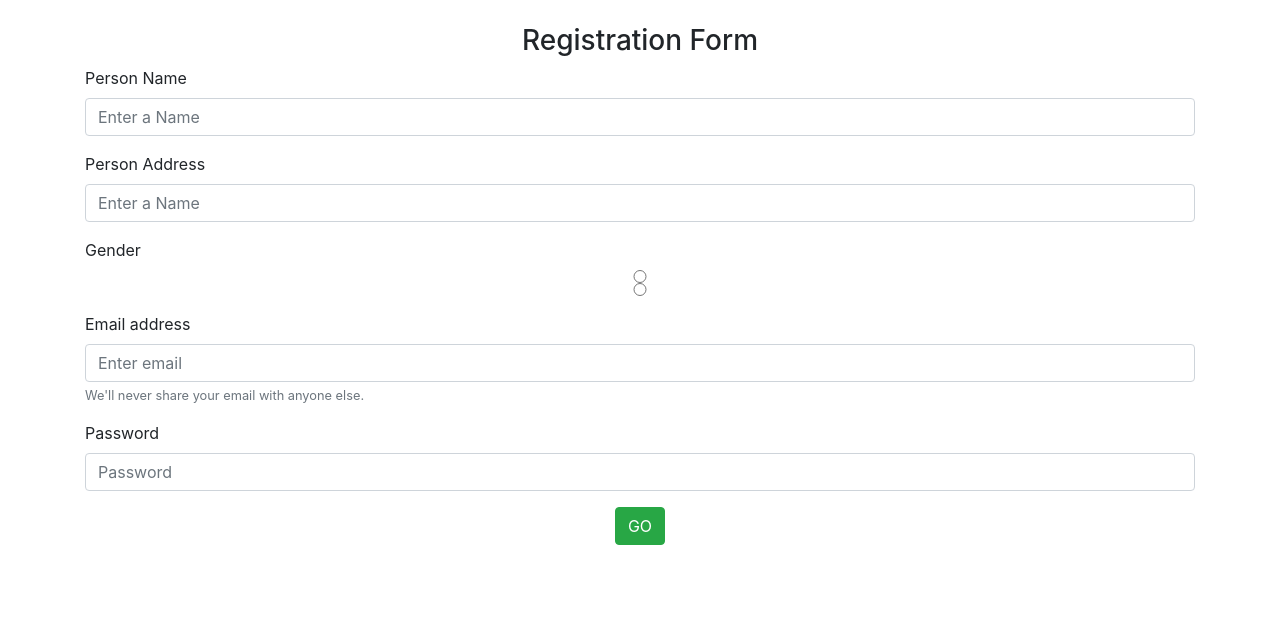
Repository: vijay10091999/Advance-java
Page: http://localhost/SpringMVC/WEB-INF/views/RegisterPage.jsp
These files come from the project's save history. The page is drawn as it stood at one moment and after the next save; the edit follows.
The browser window is 1280 px wide. The pictures show the whole page.
Some web libraries are served in a nearby version. The page is served by Tomcat 9. Nobody is signed in. The template is opened directly, without the code that normally fills it, so the values that code supplies are empty.

Above is the page before, as saved 2022-06-13 09:40:04.

After the next save:
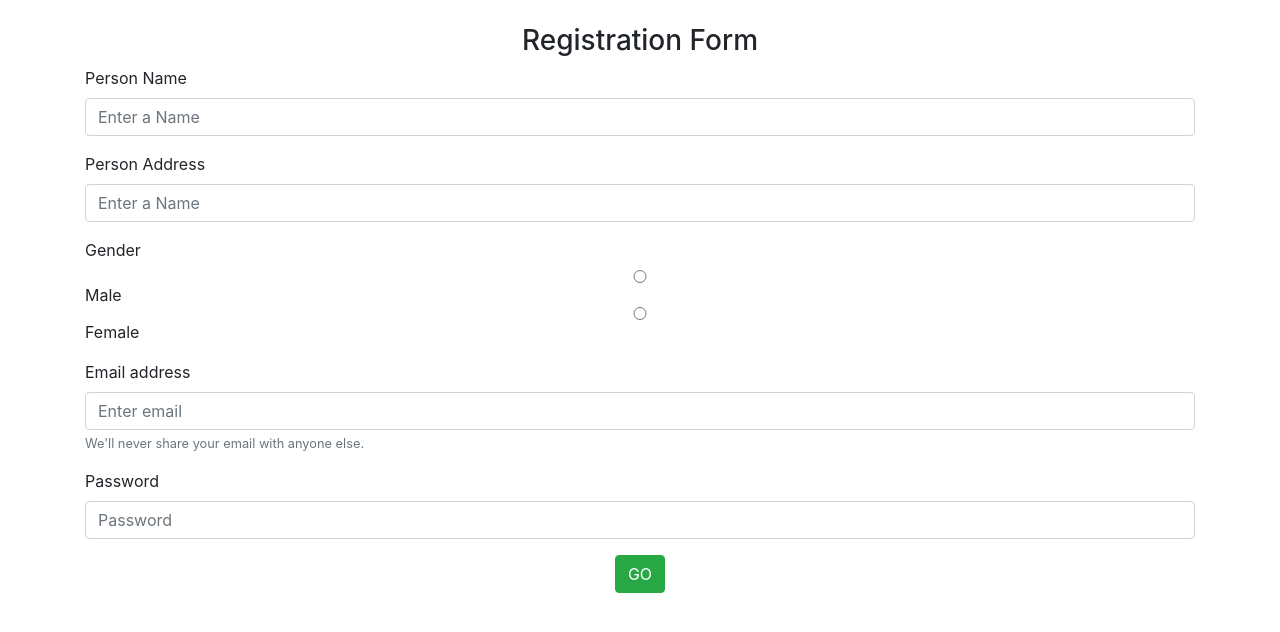
Saved 111 s later.
--- a/SpringMVC/src/main/webapp/WEB-INF/views/RegisterPage.jsp
+++ b/SpringMVC/src/main/webapp/WEB-INF/views/RegisterPage.jsp
@@ -27,8 +27,8 @@
   </div>
    <div class="form-group">
     <label for="exampleInputName">Gender </label>
-    <input type="radio" class="form-control" id="gender" value="Male" name="gender">
-    <input type="radio" class="form-control" id="gender" value="Female" name="gender">
+    <input type="radio" class="form-control" id="gender" value="Male" name="gender">Male
+    <input type="radio" class="form-control" id="gender" value="Female" name="gender">Female
   </div>
   <div class="form-group">
     <label for="exampleInputEmail1">Email address</label>
